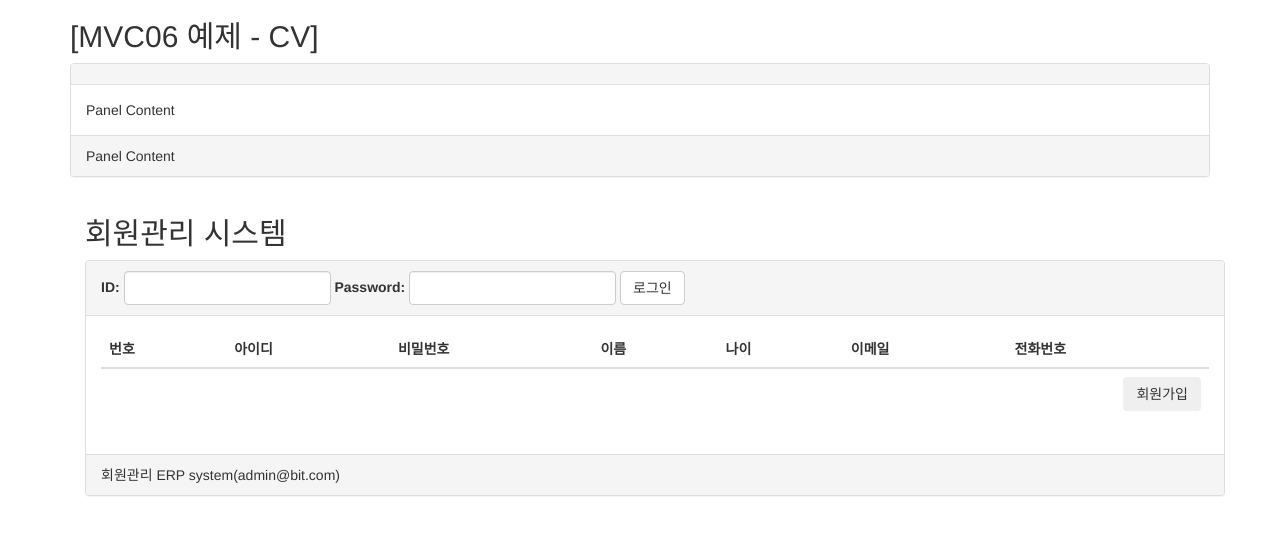
Repository: yhb131618/JAVA_WEB_PROJECT
Page: http://localhost/MVC06/WEB-INF/member/memberlist.jsp
These files come from the project's save history. The page is drawn as it stood at one moment and after the next save; the edit follows.
The browser window is 1280 px wide. The pictures show the whole page.
Some web libraries are served in a nearby version. The page is served by Tomcat 9. Nobody is signed in. The template is opened directly, without the code that normally fills it, so the values that code supplies are empty.

Above is the page before, as saved 2023-12-27 05:54:11.

After the next save:
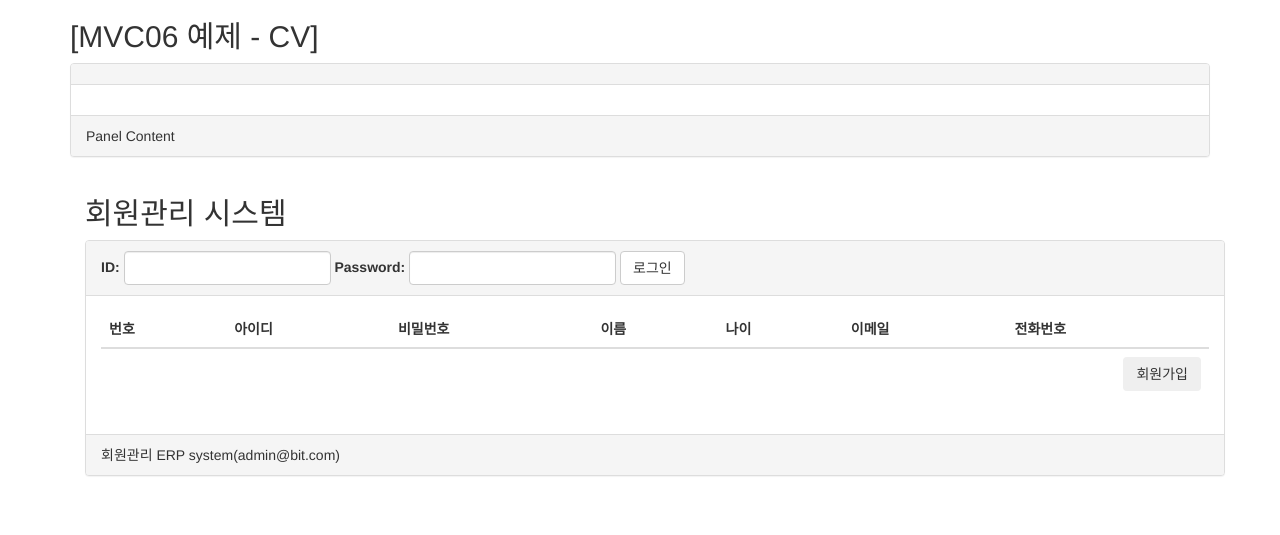
Saved 14 s later.
--- a/MVC06/WebContent/WEB-INF/member/memberlist.jsp
+++ b/MVC06/WebContent/WEB-INF/member/memberlist.jsp
@@ -61,8 +61,14 @@
     <c:if test="${sessionScope.userId==null && sessionScope.userId=='' }">
     	<label>${sessionScope.userName}안녕하세요.</label>
     </c:if>
-   </div>
-    <div class="panel-body">Panel Content</div>
+   	</div>
+    <div class="panel-body">
+
+
+
+
+
+	</div>
     <div class="panel-footer">Panel Content</div>
 
   </div>
